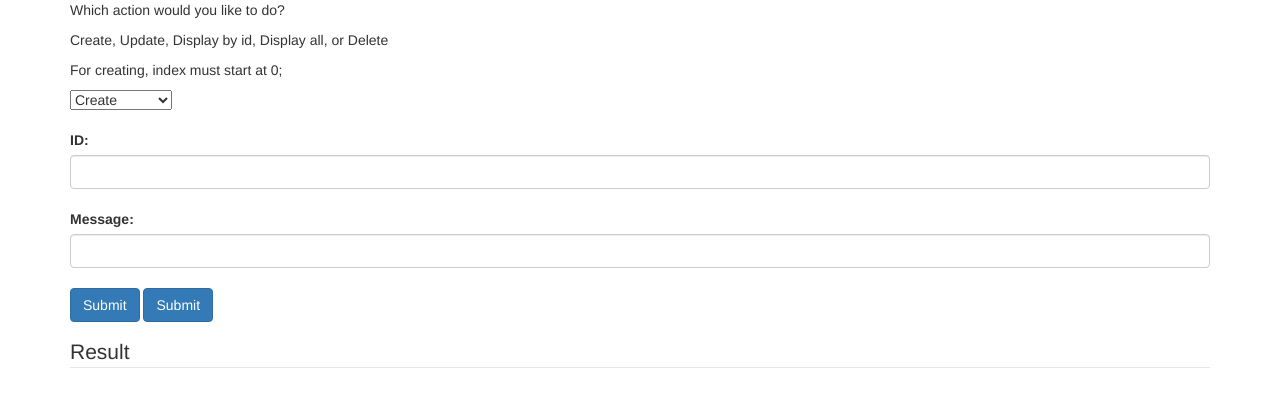
Repository: kddean/Lab4
Page: ToDoSystem/WebContent/ToDo.html
The author's editor kept a copy of each file at every save. The page is drawn from the files as they stood at one save, then again after the next save.
The browser window is 1280 px wide. The pictures show the whole page.

Above is the page before, as saved 2016-04-02 02:04:51.
Console error: SyntaxError: Unexpected identifier 'dataType'

After the next save:
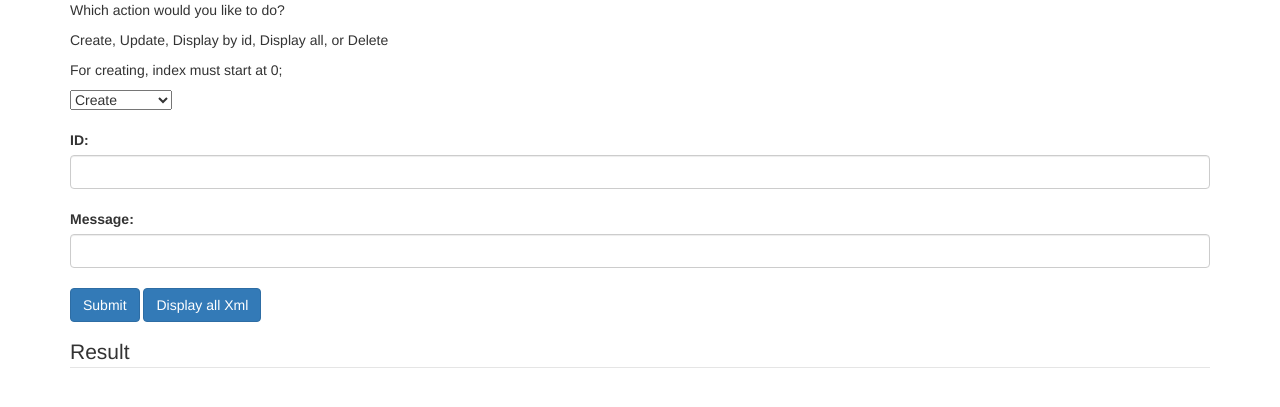
Saved 96 s later.
--- a/ToDoSystem/WebContent/ToDo.html
+++ b/ToDoSystem/WebContent/ToDo.html
@@ -29,7 +29,7 @@
 	<label>Message:</label><input type="text" class="form-control" name="message">
 	<br>
 	<button type="button" value="Submit" onclick='loadDoc("ToDo")' class="btn btn-primary">Submit</button>
-	<button type="button" id="displayallxml" value="Submit" class="btn btn-primary">Submit</button>
+	<button type="button" id="displayallxml" value="Submit" class="btn btn-primary">Display all Xml</button>
 <!-- 	<input type="button" value="submit" onclick='loadDoc()'> -->
 	</div>
 	<div id="sec">
